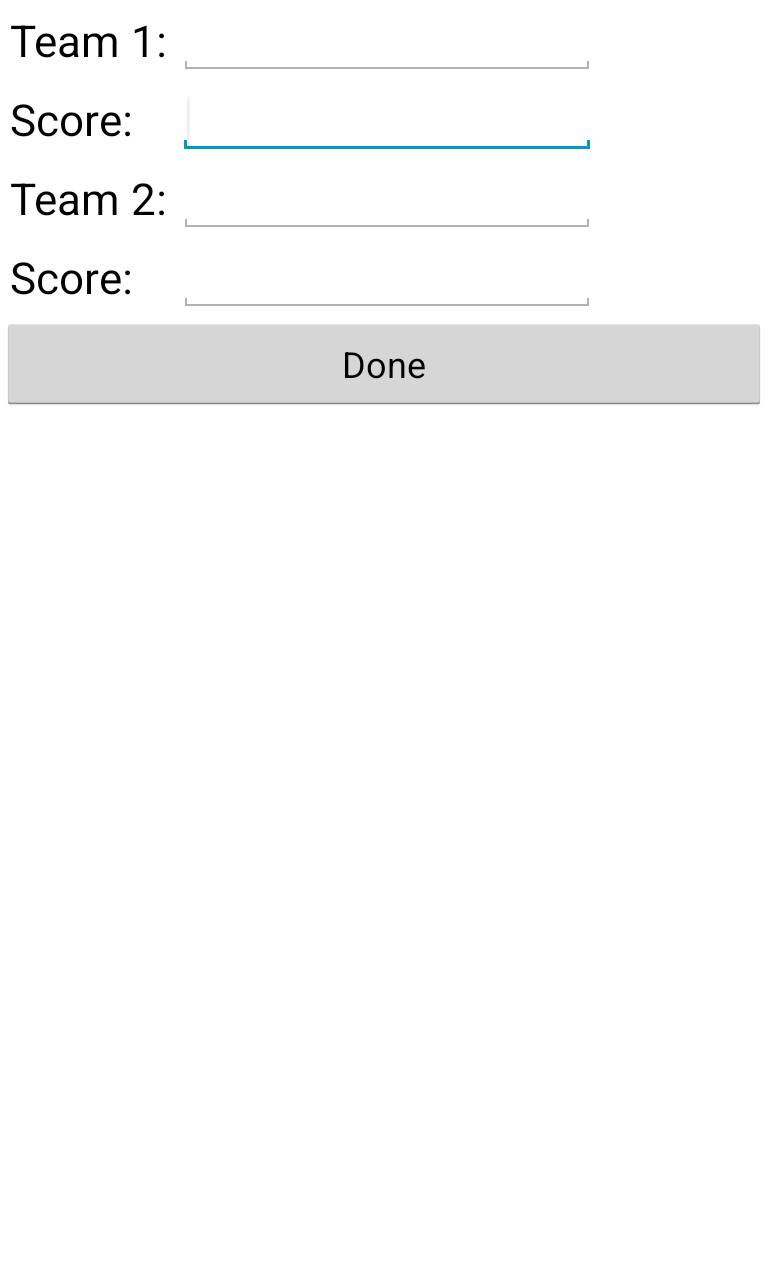
Repository: shervinshaikh/Android
Layout: NBAScoreTracker/res/layout/fragment_scores.xml
An editor plug-in stored every save of this project. The layout is shown before and after the next save, followed by the edit.
It is drawn on a 768 x 1280 px phone screen (xhdpi) without system bars, with theme AppTheme; the app's code is not run.

Above is the layout before, as saved 2013-04-27 22:29:31.

After the next save:
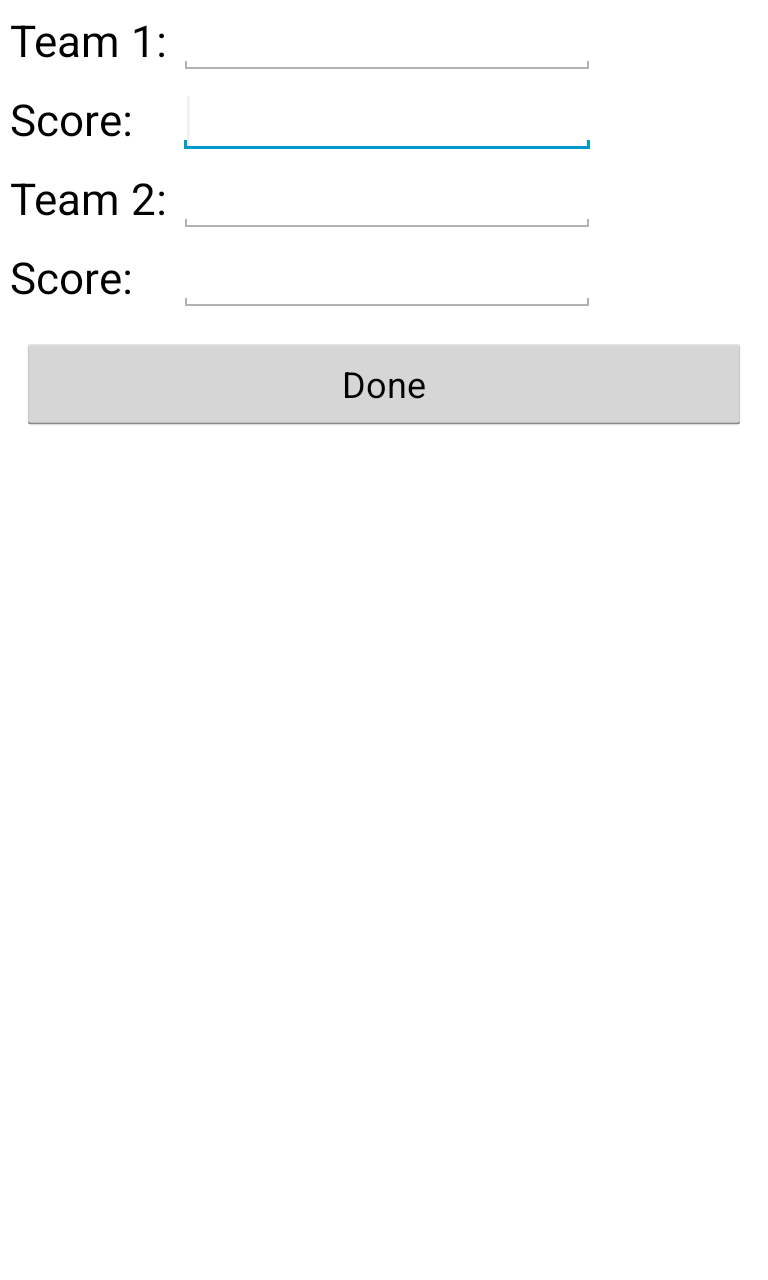
Saved 54 s later.
--- a/NBAScoreTracker/res/layout/fragment_scores.xml
+++ b/NBAScoreTracker/res/layout/fragment_scores.xml
@@ -99,6 +99,6 @@
         android:layout_width="wrap_content"
         android:layout_height="wrap_content"
         android:text="@string/done"
-         />
+        android:layout_margin="10dip" />
 
 </TableLayout>
